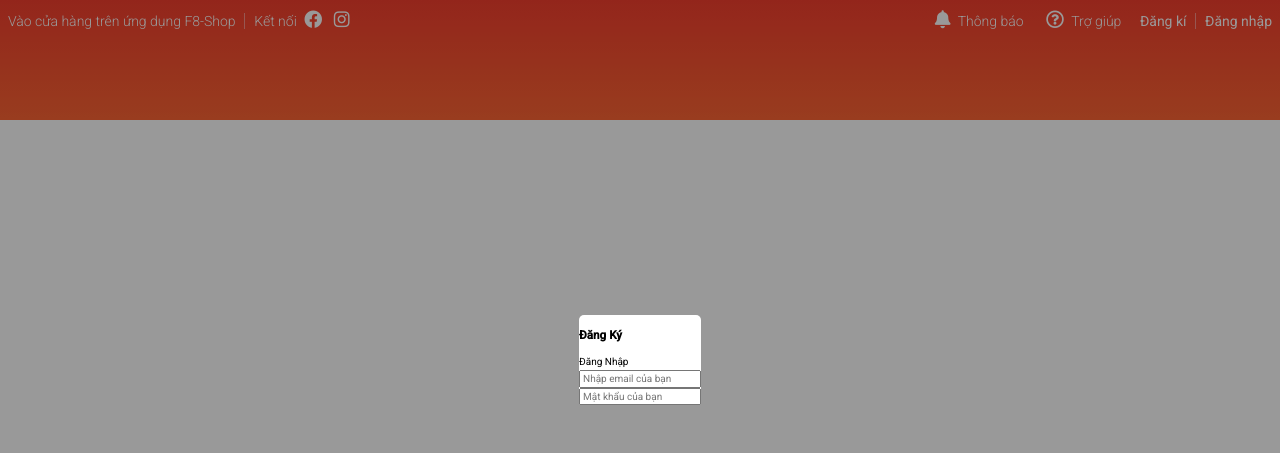
Repository: phunobi1807/shopee
Page: index.html
These files come from the project's save history. The page is drawn as it stood at one moment and after the next save; the edit follows.
The browser window is 1280 px wide. The pictures show the whole page.

Above is the page before, as saved 2021-06-13 13:52:04.

After the next save:
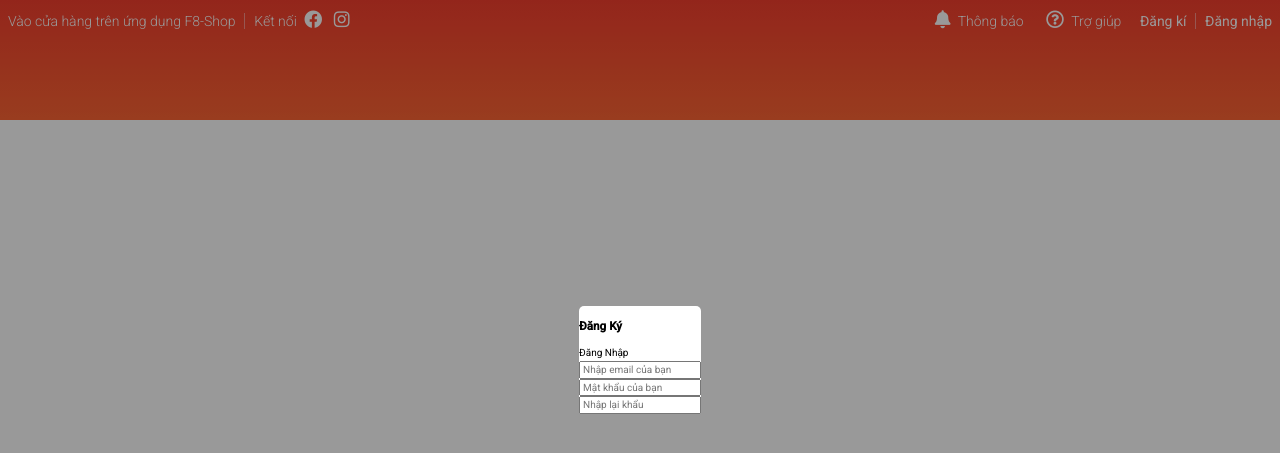
Saved 20 s later.
--- a/index.html
+++ b/index.html
@@ -136,6 +136,9 @@
                         <div class="auth-form__group">
                             <input type="password" class="auth-form__input" placeholder="Mật khẩu của bạn">
                         </div>
+                        <div class="auth-form__group">
+                            <input type="password" class="auth-form__input" placeholder="Nhập lại khẩu ">
+                        </div>
                     </div>
                 </div>
             </div>
